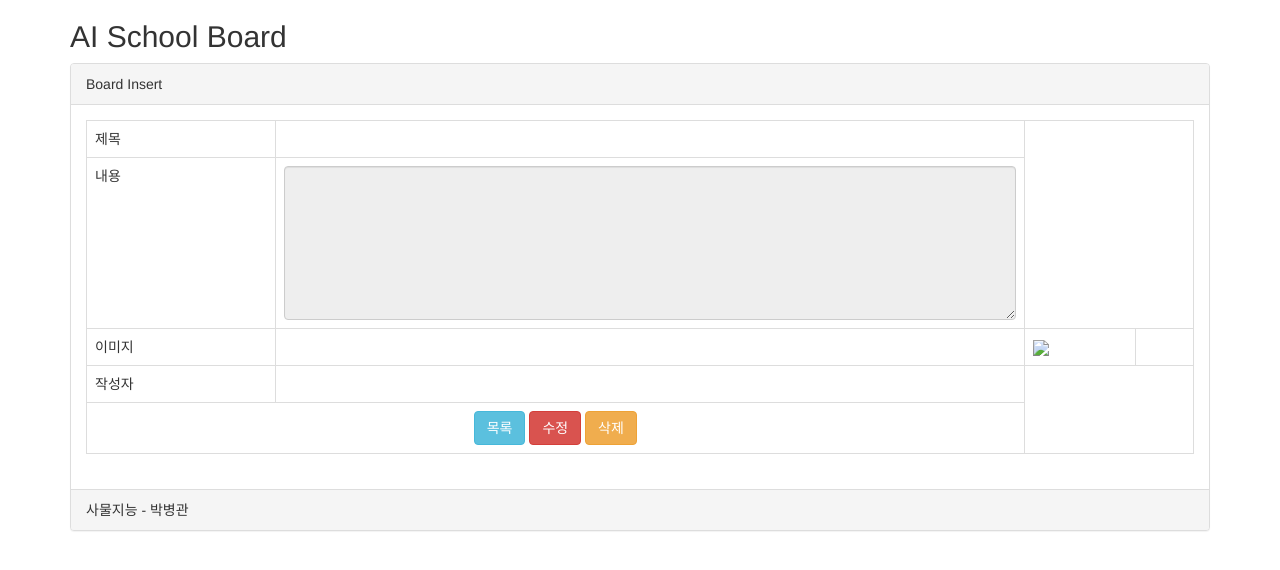
Repository: KIMDo-A/Spring
Page: http://localhost/SpringMVC01/WEB-INF/views/boardContent.jsp
The author's editor kept a copy of each file at every save. The page is drawn from the files as they stood at one save, then again after the next save.
The browser window is 1280 px wide. The pictures show the whole page.
The page is served by Tomcat 9. Nobody is signed in. The template is opened directly, without the code that normally fills it, so the values that code supplies are empty.

Above is the page before, as saved 2024-10-02 02:28:16.

After the next save:
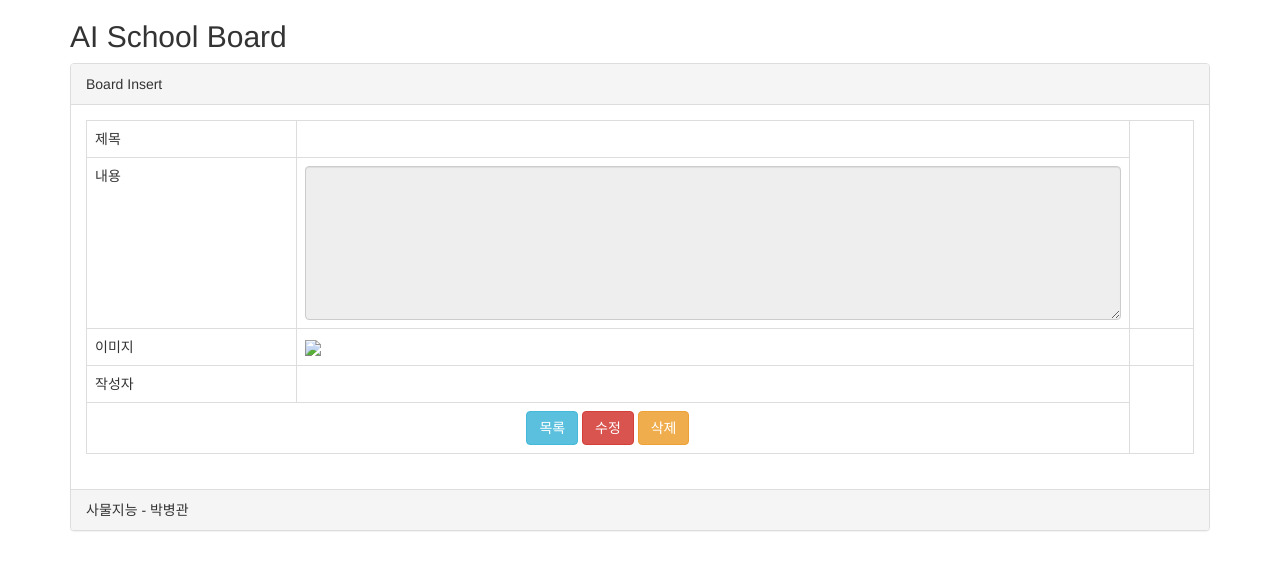
Saved 57 s later.
--- a/SpringMVC01/src/main/webapp/WEB-INF/views/boardContent.jsp
+++ b/SpringMVC01/src/main/webapp/WEB-INF/views/boardContent.jsp
@@ -37,12 +37,9 @@
 
 		    		<tr>
 		    			<td>이미지</td>
-		    			<td>
 		    				<td><img width "200" height ="200 "src="data:[embedded picture, 33 characters]"><td>
 		    				<!-- 이미지태그 base64사용해서 인코딩 된것을 이미지로 다시 바꾸는 방법, 임의로 확장자 jpeg-->
 		    				<!-- 확장자, 임의적으로 선택; 인코딩방식,인코딩된 문자열 쓰기 -->
-
-		    			</td>
 		    		</tr>
 
 		    		<tr>
